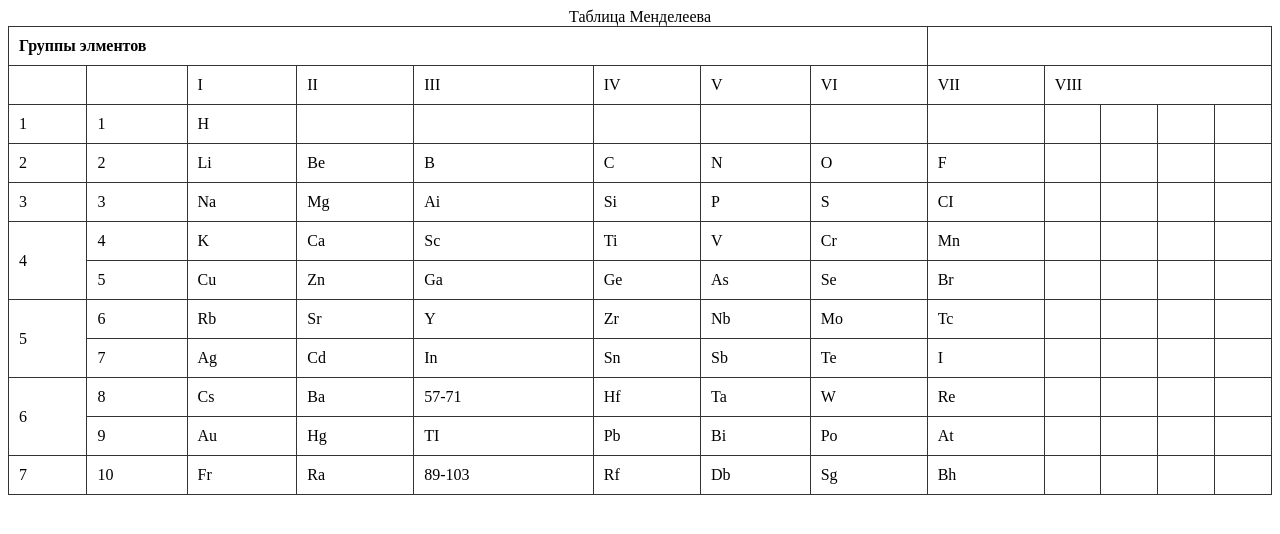
Repository: sannikovcode/exercises-a1
Page: JS/websites/01-periodic table/index.html
The author's editor kept a copy of each file at every save. The page is drawn from the files as they stood at one save, then again after the next save.
The browser window is 1280 px wide. The pictures show the whole page.

Above is the page before, as saved 2025-10-17 19:00:39.

### JS/websites/01-periodic table/index.html
<!DOCTYPE html>
<html lang="en">

<head>
    <meta charset="UTF-8">
    <meta name="viewport" content="width=device-width, initial-scale=1.0">
    <title>Periodic table</title>
    <link rel="stylesheet" href="styles.css">
</head>

<body>
    <table>
        <caption>Таблица Менделеева</caption>
        <thead>
            <tr>
                <th colspan="8">Группы элментов</th>
            </tr>
        </thead>

        <tbody>
            <tr>
                <td></td>
                <td></td>
                <td>I</td>
                <td>II</td>
                <td>III</td>
                <td>IV</td>
                <td>V</td>
                <td>VI</td>
                <td>VII</td>
                <td colspan="4">VIII</td>
            </tr>
            <tr>
                <td>1</td>
                <td>1</td>
                <td>H</td>
                <td></td>
                <td></td>
                <td></td>
                <td></td>
                <td></td>
                <td></td>
                <td></td>
                <td></td>
                <td></td>
                <td></td>
            </tr>
            <tr>
                <td>2</td>
                <td>2</td>
                <td>Li</td>
                <td>Be</td>
                <td>B</td>
                <td>C</td>
                <td>N</td>
                <td>O</td>
                <td>F</td>
                <td colspan=""></td>
                <td></td>
                <td></td>
                <td></td>
            </tr>
            <tr>
                <td>3</td>
                <td>3</td>
                <td>Na</td>
                <td>Mg</td>
                <td>Ai</td>
                <td>Si</td>
                <td>P</td>
                <td>S</td>
                <td>CI</td>
                <td></td>
                <td></td>
                <td></td>
                <td></td>

            </tr>
            <tr>
                <td rowspan="2">4</td>
                <td>4</td>
                <td>K</td>
                <td>Ca</td>
                <td>Sc</td>
                <td>Ti</td>
                <td>V</td>
                <td>Cr</td>
                <td>Mn</td>
                <td></td>
                <td></td>
                <td></td>
                <td></td>
            </tr>
            <tr>
                <td>5</td>
                <td>Cu</td>
                <td>Zn</td>
                <td>Ga</td>
                <td>Ge</td>
                <td>As</td>
                <td>Se</td>
                <td>Br</td>
                <td></td>
                <td></td>
                <td></td>
                <td></td>
            <tr>
                <td rowspan="2">5</td>
                <td>6</td>
                <td>Rb</td>
                <td>Sr</td>
                <td>Y</td>
                <td>Zr</td>
                <td>Nb</td>
                <td>Mo</td>
                <td>Tc</td>
                <td></td>
                <td></td>
                <td></td>
                <td></td>
            </tr>
            <tr>
                <td>7</td>
                <td>Ag</td>
                <td>Cd</td>
                <td>In</td>
                <td>Sn</td>
                <td>Sb</td>
                <td>Te</td>
                <td>I</td>
                <td></td>
                <td></td>
                <td></td>
                <td></td>
            </tr>
            <tr>
                <td rowspan="2">6</td>
                <td>8</td>
                <td>Cs</td>
                <td>Ba</td>
                <td>57-71</td>
                <td>Hf</td>
                <td>Ta</td>
                <td>W</td>
                <td>Re</td>
                <td></td>
                <td></td>
                <td></td>
                <td></td>
            </tr>
            <tr>
                <td>9</td>
                <td>Au</td>
                <td>Hg</td>
                <td>TI</td>
                <td>Pb</td>
                <td>Bi</td>
                <td>Po</td>
                <td>At</td>
                <td></td>
                <td></td>
                <td></td>
                <td></td>
            </tr>
            <tr>
                <td>7</td>
                <td>10</td>
                <td>Fr</td>
                <td>Ra</td>
                <td>89-103</td>
                <td>Rf</td>
                <td>Db</td>
                <td>Sg</td>
                <td>Bh</td>
                <td></td>
                <td></td>
                <td></td>
                <td></td>
            </tr>

        </tbody>
        <tfoot>

        </tfoot>

    </table>




</body>

</html>

### JS/websites/01-periodic table/styles.css
table {
  border-collapse: collapse;
  width: 100%;
}

table, th, td {
  border: 1px solid #333;
}

th, td {
  padding: 10px;
  text-align: left;
}

After the next save:
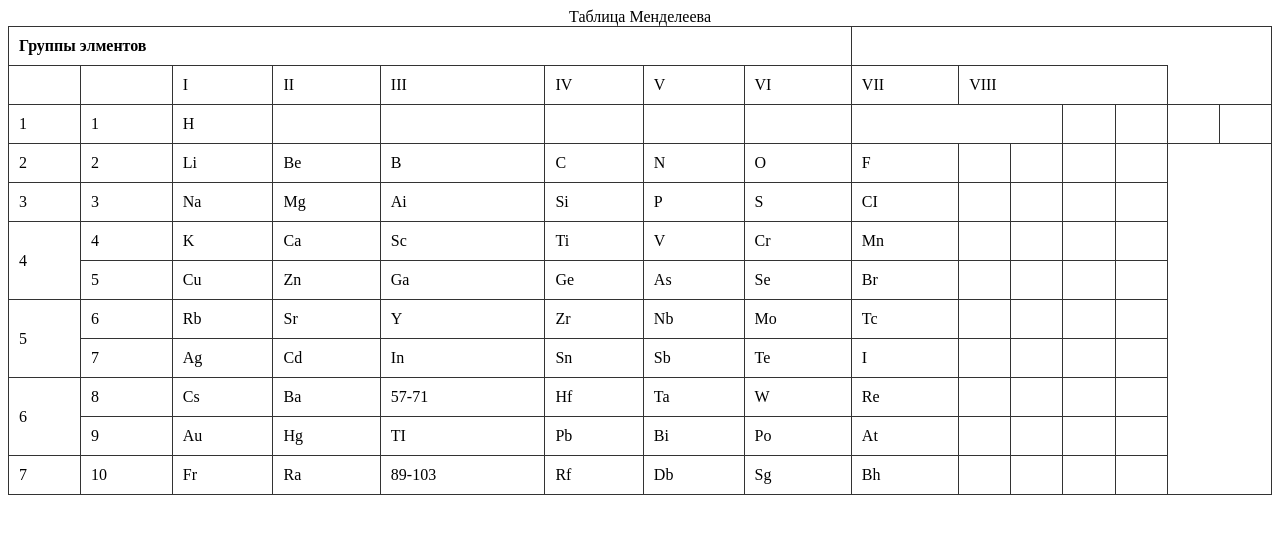
Saved 51 s later.
--- a/JS/websites/01-periodic table/index.html
+++ b/JS/websites/01-periodic table/index.html
@@ -39,7 +39,7 @@
                 <td></td>
                 <td></td>
                 <td></td>
-                <td></td>
+                <td colspan="3"></td>
                 <td></td>
                 <td></td>
                 <td></td>

After the save that followed:
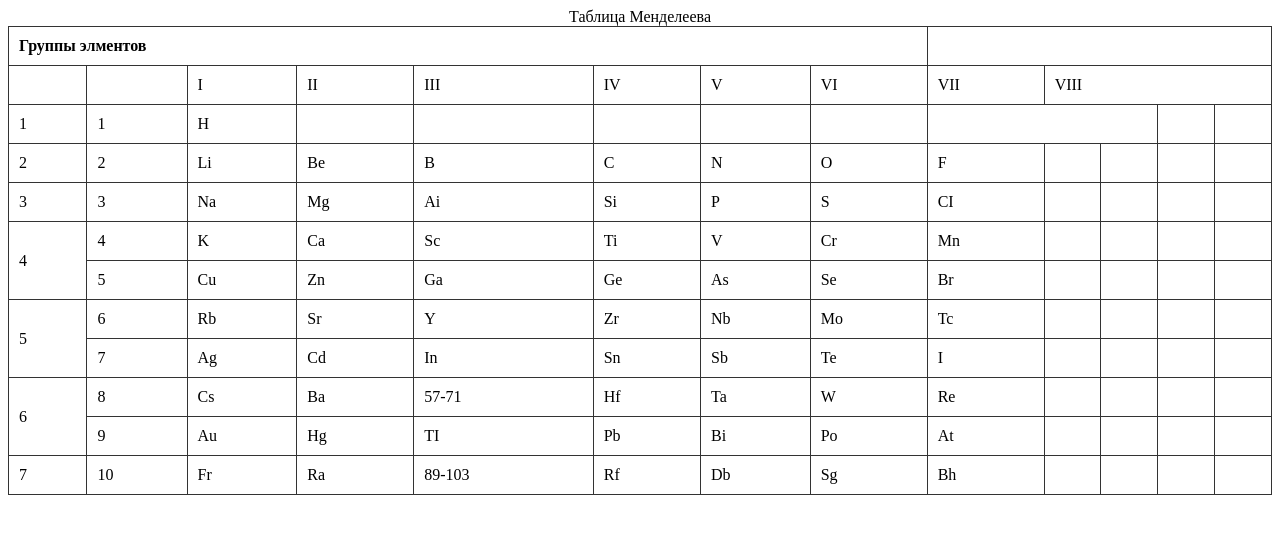
Saved 5 s later.
--- a/JS/websites/01-periodic table/index.html
+++ b/JS/websites/01-periodic table/index.html
@@ -41,9 +41,7 @@
                 <td></td>
                 <td colspan="3"></td>
                 <td></td>
-                <td></td>
-                <td></td>
-                <td></td>
+
             </tr>
             <tr>
                 <td>2</td>
